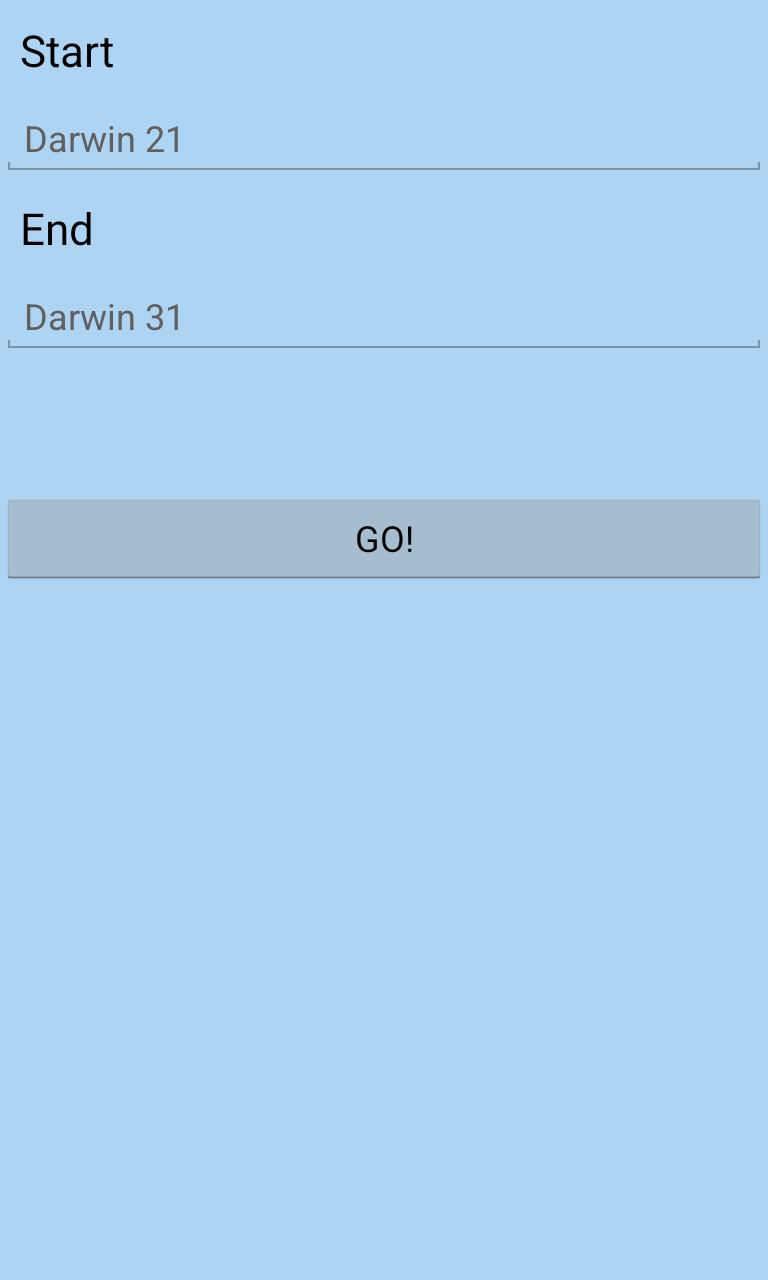
Repository: jnazor/Wolfshark-App
Layout: Wolfshark/res/layout/activity_locateinput.xml
The author's editor kept a copy of each file at every save. The layout is drawn from the files as they stood at one save, then again after the next save.
It is drawn on a 768 x 1280 px phone screen (xhdpi) without system bars, with theme AppTheme; the app's code is not run.

Above is the layout before, as saved 2013-02-04 15:40:54.

### Wolfshark/res/layout/activity_locateinput.xml
<?xml version="1.0" encoding="utf-8"?>
<RelativeLayout xmlns:android="http://schemas.android.com/apk/res/android"
    android:layout_width="match_parent"
    android:layout_height="match_parent"
    android:layout_gravity="top|left"
    android:background="@color/background" >

    <TextView
        android:id="@+id/Start_text"
        android:layout_width="wrap_content"
        android:layout_height="wrap_content"
        android:layout_gravity="left"
        android:layout_margin="10dp"
        android:text="Start"
        android:textAppearance="?android:attr/textAppearanceLarge" />

    <AutoCompleteTextView
        android:id="@+id/autoCompleteTextView1"
        android:layout_width="wrap_content"
        android:layout_height="wrap_content"
        android:layout_alignParentLeft="true"
        android:layout_alignParentRight="true"
        android:layout_below="@+id/Start_text"
        android:ems="10"
        android:textColor="@color/gray"
        android:text="Darwin 21" />

    <TextView
        android:id="@+id/starttext"
        android:layout_width="wrap_content"
        android:layout_height="wrap_content"
        android:layout_alignParentLeft="true"
        android:layout_below="@+id/autoCompleteTextView1"
        android:layout_margin="10dp"
        android:text="End"
        android:textAppearance="?android:attr/textAppearanceLarge" />

    <AutoCompleteTextView
        android:id="@+id/autoCompleteTextView2"
        android:layout_width="wrap_content"
        android:layout_height="wrap_content"
        android:layout_alignParentLeft="true"
        android:layout_alignRight="@+id/autoCompleteTextView1"
        android:layout_below="@+id/starttext"
        android:ems="10"
        android:textColor="@color/gray"
        android:text="Darwin 31" />

    <Button
        android:id="@+id/locateInput"
        android:layout_width="fill_parent"
        android:layout_height="wrap_content"
        android:layout_alignParentLeft="true"
        android:layout_below="@+id/autoCompleteTextView2"
        android:layout_marginTop="67dp"
        android:onClick="onGo"
        android:text="@string/go" />

</RelativeLayout>

### Wolfshark/res/values/colors.xml
<?xml version="1.0" encoding="utf-8"?>
<resources>
	<color name="background">#aed4f3</color>
	<color name="gray">#606060</color>
</resources>

### Wolfshark/res/values/strings.xml
<?xml version="1.0" encoding="utf-8"?>

<resources>
    <string name="app_name">CampusPaths</string>
	<string name="main_title">CampusPaths</string>
   	<!-- Main screen -->
    <string name="route">Route</string>
    <string name="go">GO!</string>
    <string name="favorites">My Places</string>
    <string name="map">Map</string>
    <string name="about">About</string>

    <string name="temp">Temp</string>

    <string name="darBase">Darwin Basement Floor Plan</string>
    <string name="darRmDest">Room 31 is in the basement of Darwin</string>
	<string name="newPath">New Path</string>

	<string name="buildingHint">Building Name</string>
	<string name="favs_title">My Places</string>
	<string name="edit_favs">Edit Places</string>
	<string name="save_favs">Save Places</string>
	<string name="places1">Place #1</string>
	<string name="places2">Place #2</string>
	<string name="places3">Place #3</string>
	<string name="places4">Place #4</string>
	<string name="places5">Place #5</string>

	<string name="start">Start</string>
	<string name="end">End</string>

	<string name="about_text"><b>Welcome to CampusPaths!</b>"\n"
	    This app is dedicated to helping you get around campus easier than ever before. "\n\n"
	    To begin simply choose your beginning and ending destinations, then press \"GO!\" The subsequent screen will give you three route options optimized to get you to your destination the quickest and easiest."\n\n"
	    Tap the marker over a Begin or End destination to view the precise location of that room.
	    You can also save "Places," so you\'ll never again have to worry about finding that crumpled up post it note you wrote your schedule on."\n"
	    To do this, simply open up the menu and press \"Edit Places\". This will take you to a screen where you can choose from all the locations on campus."\n\n"
	    <b>ABOUT THE TEAM</b>"\n"
	    Jolie Nazor - Jolie kept the team organized and on track, coordinating meetings and checkpoints, as well as contributing lots of essential code."\n"
	    Micah Gemmell - Micah has worked with android apps before, so he was the team\'s consultant and head programmer."\n"
	    Lauryn Loudermilk - Lauryn did whatever Jolie told her to do. Her main role in the project was getting the databse up and working but she also worked on UI."\n"
	    Mark Griffith - Mark is in charge of graphics and images for the app. Aren\'t they beautiful?"\n"
	    Jake Neugass - Jake came up with the concept for the app, and programmed much of the critical logic needed to make the app function."\n"
	    </string>
</resources>

Loaded but not shown: Wolfshark/res/values/styles.xml (common file); Wolfshark/res/values-v11/styles.xml (common file); Wolfshark/res/values-v14/styles.xml (common file)

After the next save:
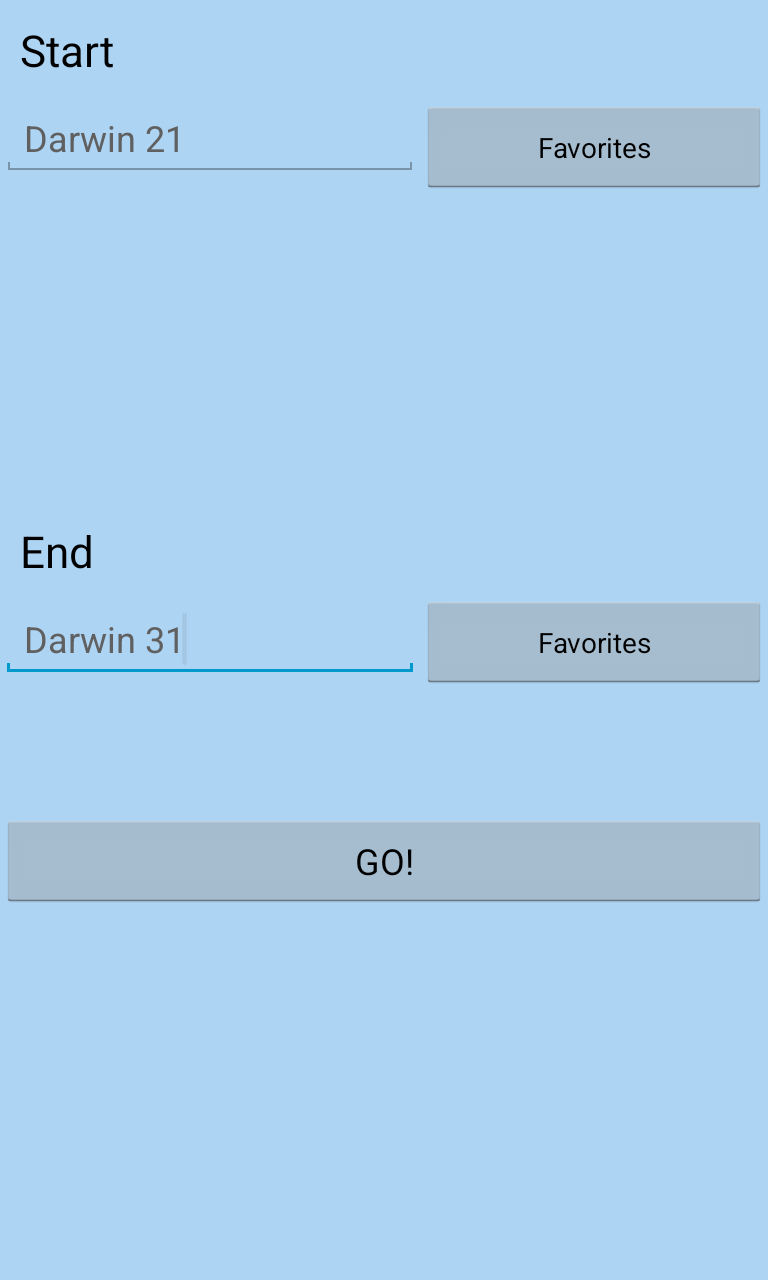
Saved 3 h 44 min later.
--- a/Wolfshark/res/layout/activity_locateinput.xml
+++ b/Wolfshark/res/layout/activity_locateinput.xml
@@ -19,32 +19,11 @@
         android:layout_width="wrap_content"
         android:layout_height="wrap_content"
         android:layout_alignParentLeft="true"
-        android:layout_alignParentRight="true"
+        android:layout_alignRight="@+id/autoCompleteTextView2"
         android:layout_below="@+id/Start_text"
         android:ems="10"
-        android:textColor="@color/gray"
-        android:text="Darwin 21" />
-
-    <TextView
-        android:id="@+id/starttext"
-        android:layout_width="wrap_content"
-        android:layout_height="wrap_content"
-        android:layout_alignParentLeft="true"
-        android:layout_below="@+id/autoCompleteTextView1"
-        android:layout_margin="10dp"
-        android:text="End"
-        android:textAppearance="?android:attr/textAppearanceLarge" />
-
-    <AutoCompleteTextView
-        android:id="@+id/autoCompleteTextView2"
-        android:layout_width="wrap_content"
-        android:layout_height="wrap_content"
-        android:layout_alignParentLeft="true"
-        android:layout_alignRight="@+id/autoCompleteTextView1"
-        android:layout_below="@+id/starttext"
-        android:ems="10"
-        android:textColor="@color/gray"
-        android:text="Darwin 31" />
+        android:text="Darwin 21"
+        android:textColor="@color/gray" />
 
     <Button
         android:id="@+id/locateInput"
@@ -56,4 +35,48 @@
         android:onClick="onGo"
         android:text="@string/go" />
 
+    <AutoCompleteTextView
+        android:id="@+id/autoCompleteTextView2"
+        android:layout_width="wrap_content"
+        android:layout_height="wrap_content"
+        android:layout_alignParentLeft="true"
+        android:layout_centerVertical="true"
+        android:ems="10"
+        android:text="Darwin 31"
+        android:textColor="@color/gray" >
+
+        <requestFocus />
+    </AutoCompleteTextView>
+
+    <TextView
+        android:id="@+id/starttext"
+        android:layout_width="wrap_content"
+        android:layout_height="wrap_content"
+        android:layout_above="@+id/autoCompleteTextView2"
+        android:layout_alignParentLeft="true"
+        android:layout_margin="10dp"
+        android:text="End"
+        android:textAppearance="?android:attr/textAppearanceLarge" />
+
+    <Button
+        android:id="@+id/startFav"
+        style="?android:attr/buttonStyleSmall"
+        android:layout_width="wrap_content"
+        android:layout_height="wrap_content"
+        android:layout_alignParentRight="true"
+        android:layout_alignTop="@+id/autoCompleteTextView1"
+        android:layout_toRightOf="@+id/autoCompleteTextView1"
+        android:text="Favorites" />
+
+    <Button
+        android:id="@+id/endFav"
+        style="?android:attr/buttonStyleSmall"
+        android:layout_width="wrap_content"
+        android:layout_height="wrap_content"
+        android:layout_alignBaseline="@+id/autoCompleteTextView2"
+        android:layout_alignBottom="@+id/autoCompleteTextView2"
+        android:layout_alignParentRight="true"
+        android:layout_toRightOf="@+id/autoCompleteTextView2"
+        android:text="Favorites" />
+
 </RelativeLayout>
